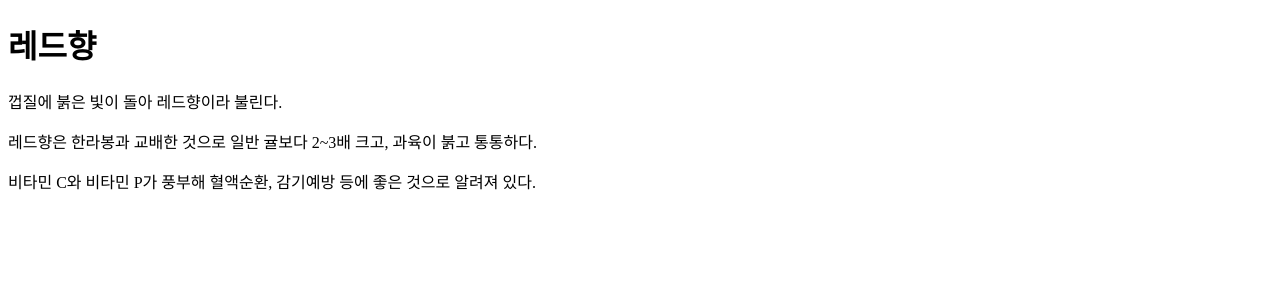
Repository: Kebiskim/2023_WebStudy
Page: 01_css/src/main/webapp/day01/Ex06_Font_Line_Height.html
An editor plug-in stored every save of this project. The page is shown before and after the next save, followed by the edit.
The browser window is 1280 px wide. The pictures show the whole page.

Above is the page before, as saved 2023-06-23 03:16:40.

### 01_css/src/main/webapp/day01/Ex06_Font_Line_Height.html
<!DOCTYPE html>
<html>
<head>
<meta charset="UTF-8">
<title>가로, 세로, 가운데 정렬</title>
</head>
<body>
	<h1>레드향</h1>
	<p>껍질에 붉은 빛이 돌아 <span class="accent">레드향</span>이라 불린다.</p>
	<p>레드향은 한라봉과 교배한 것으로 <span class="italic">일반 귤보다 2~3배 크고, 과육이 붉고 통통하다.</span></p>
	<p>비타민 C와 비타민 P가 풍부해 혈액순환, 감기예방 등에 좋은 것으로 알려져 있다.</p>
</body>
</html>

After the next save:
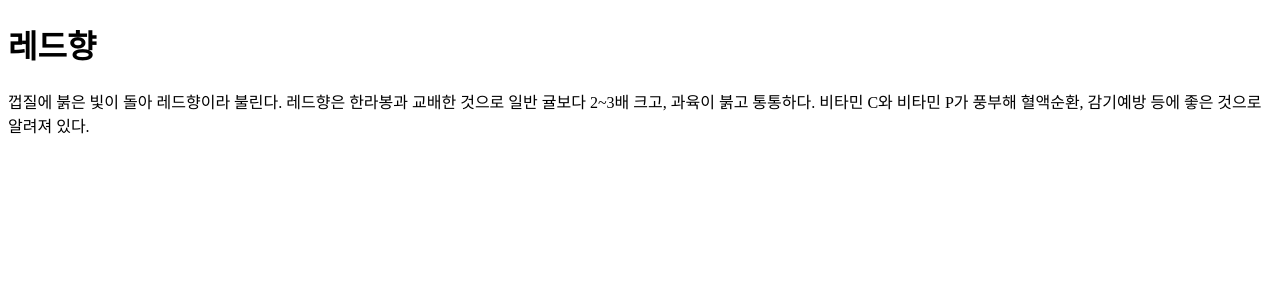
Saved 17 s later.
--- a/01_css/src/main/webapp/day01/Ex06_Font_Line_Height.html
+++ b/01_css/src/main/webapp/day01/Ex06_Font_Line_Height.html
@@ -6,8 +6,8 @@
 </head>
 <body>
 	<h1>레드향</h1>
-	<p>껍질에 붉은 빛이 돌아 <span class="accent">레드향</span>이라 불린다.</p>
-	<p>레드향은 한라봉과 교배한 것으로 <span class="italic">일반 귤보다 2~3배 크고, 과육이 붉고 통통하다.</span></p>
-	<p>비타민 C와 비타민 P가 풍부해 혈액순환, 감기예방 등에 좋은 것으로 알려져 있다.</p>
+	껍질에 붉은 빛이 돌아 <span class="accent">레드향</span>이라 불린다.
+	레드향은 한라봉과 교배한 것으로 <span class="italic">일반 귤보다 2~3배 크고, 과육이 붉고 통통하다.
+	비타민 C와 비타민 P가 풍부해 혈액순환, 감기예방 등에 좋은 것으로 알려져 있다.
 </body>
 </html>
